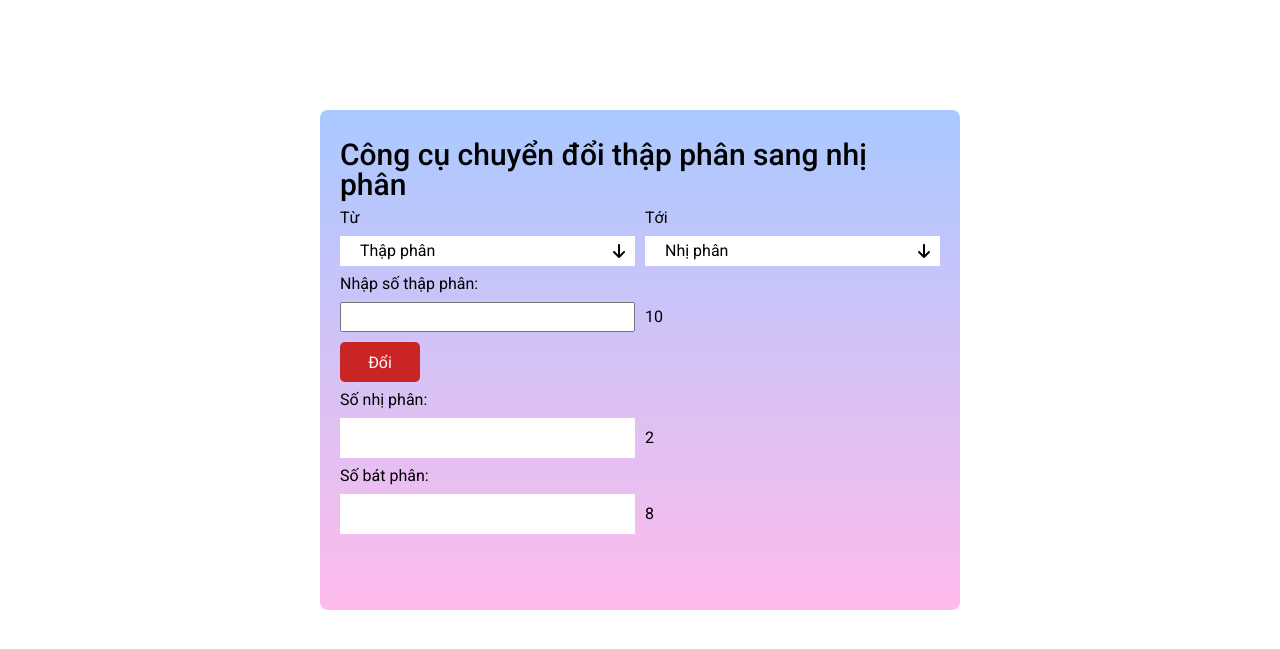
Repository: thuanpham00/covertNumber
Page: index.html
These files come from the project's save history. The page is drawn as it stood at one moment and after the next save; the edit follows.
The browser window is 1280 px wide. The pictures show the whole page.
Some web libraries are served in a nearby version. The style sheet was rebuilt from its Sass, Less or Tailwind sources for each picture, by a compiler version that may differ from the author's.

Above is the page before, as saved 2023-11-05 16:35:31.

After the next save:
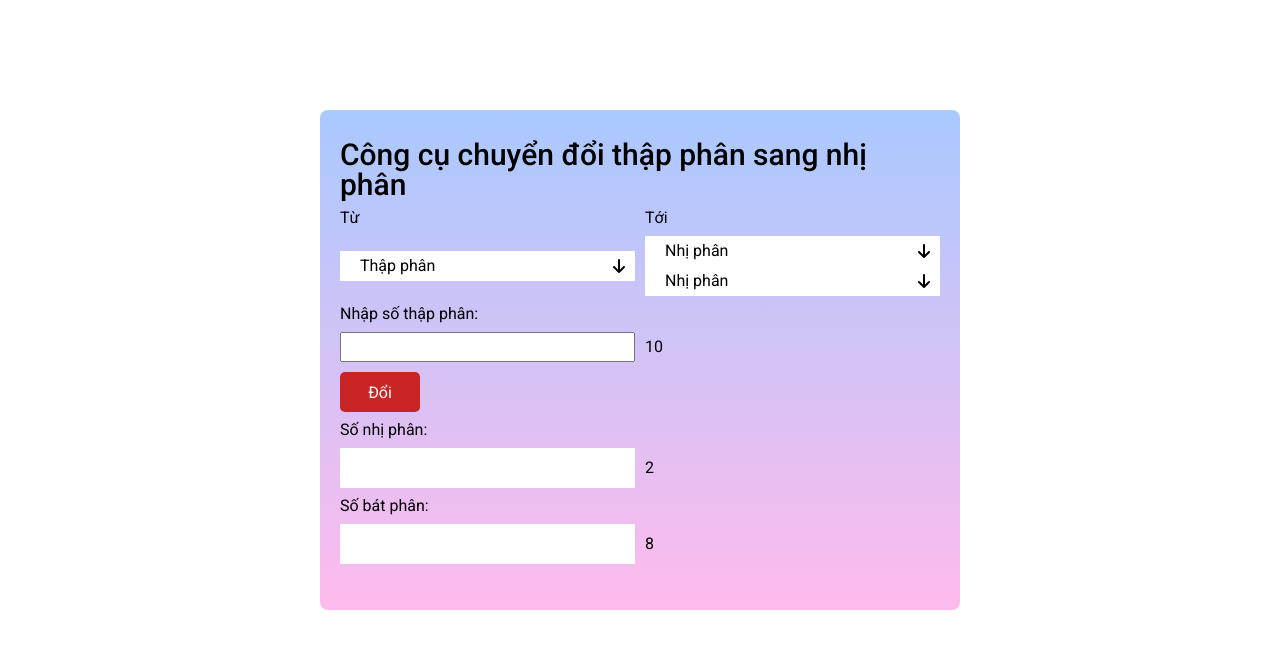
Saved 16 s later.
--- a/index.html
+++ b/index.html
@@ -34,7 +34,7 @@
                             <i class="fa-solid fa-arrow-down"></i>
                         </div>
                     </div>
-                    <div class="row__type" style="display: none">
+                    <div class="row__type">
                         <div class="row__item">Nhị phân</div>
                         <div class="row__icon">
                             <i class="fa-solid fa-arrow-down"></i>
